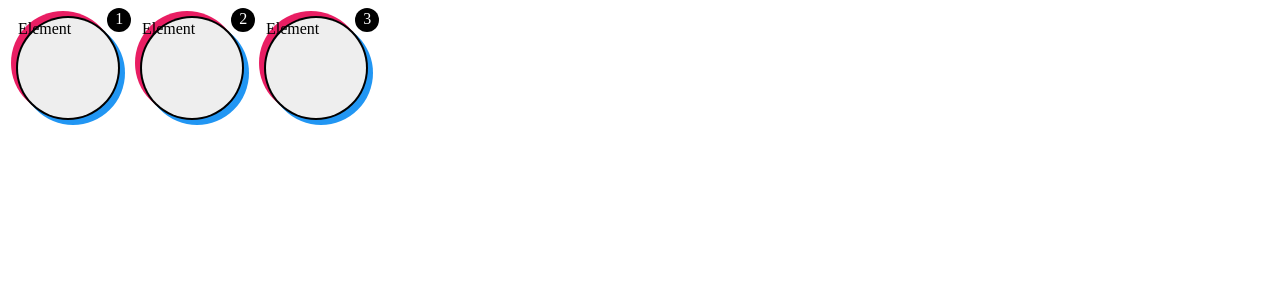
Repository: Body789/CSS_ELZERO
Page: Assignments/Assigmennt_10/Assignment_1/index.html
An editor plug-in stored every save of this project. The page is shown before and after the next save, followed by the edit.
The browser window is 1280 px wide. The pictures show the whole page.

Above is the page before, as saved 2022-09-18 12:27:21.

After the next save:
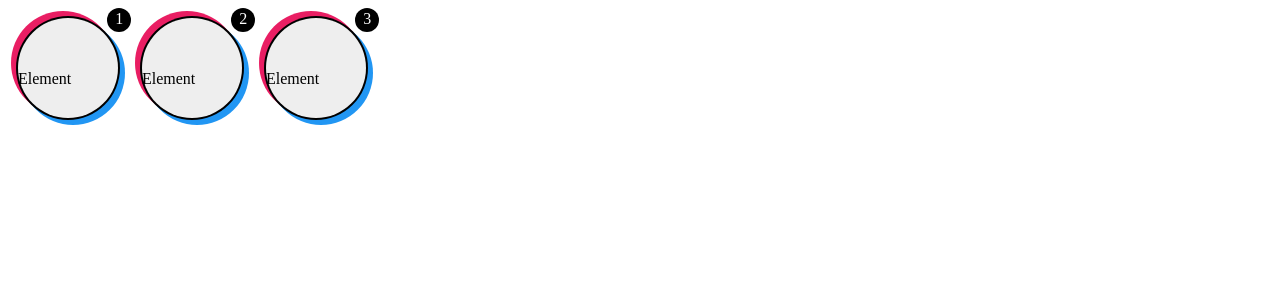
Saved 10 s later.
--- a/Assignments/Assigmennt_10/Assignment_1/Css/style.css
+++ b/Assignments/Assigmennt_10/Assignment_1/Css/style.css
@@ -39,5 +39,6 @@ div::before {
   color: black;
   display: inline-block;
   position: relative;
+  top: 50px;
 
 }
